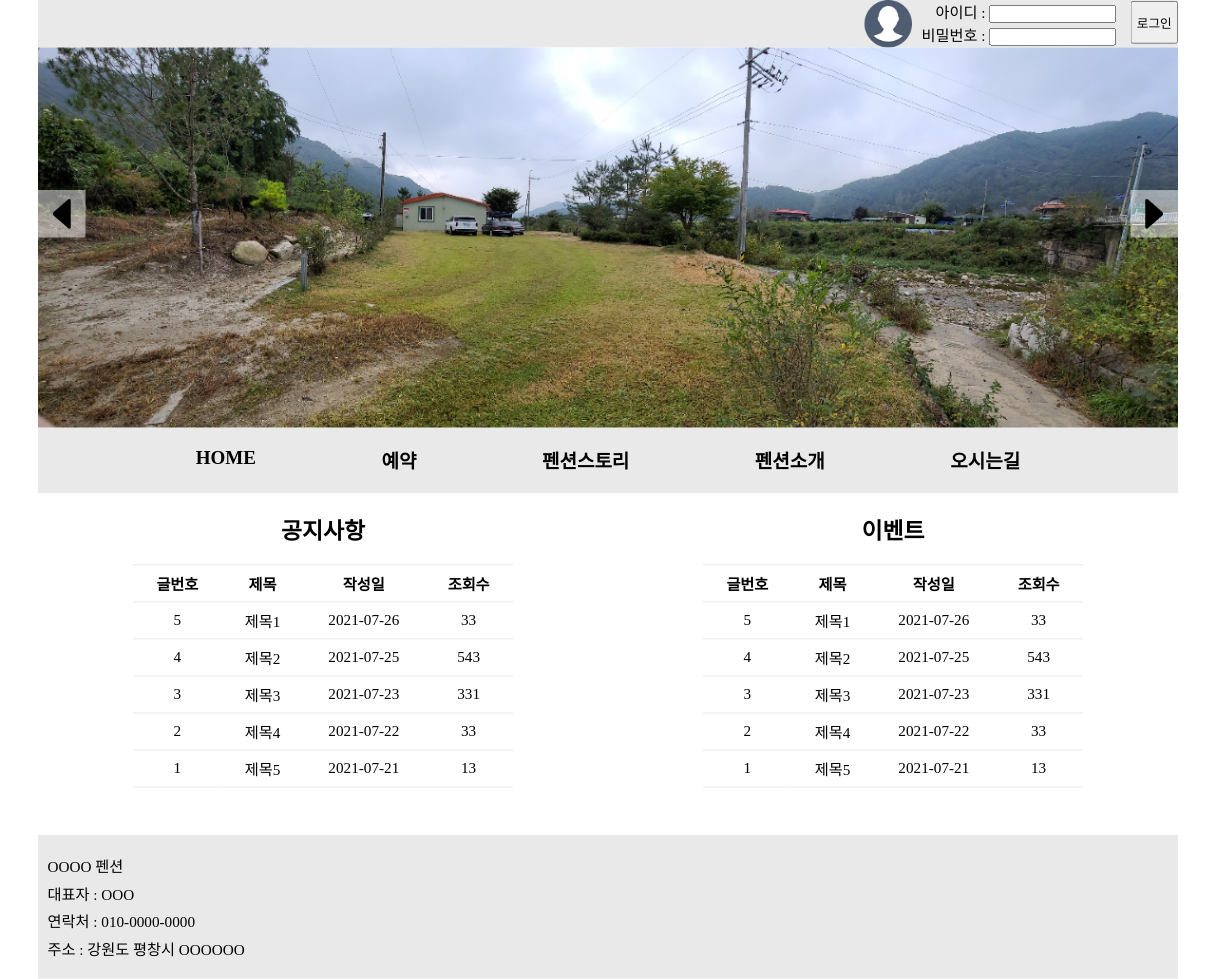
Repository: cdnwell/Jsp
Page: http://localhost/total/
These files come from the project's save history. The page is drawn as it stood at one moment and after the next save; the edit follows.
The browser window is 1280 px wide. The pictures show the whole page, at 95% of full size.
The page is served by Tomcat 9.

Above is the page before, as saved 2022-06-30 06:08:01.

### total/src/main/webapp/index.jsp
<%@ page language="java" contentType="text/html; charset=UTF-8"
    pageEncoding="UTF-8"%>
<!DOCTYPE html>
<html>
<head>
    <meta charset='utf-8'>
    <meta http-equiv='X-UA-Compatible' content='IE=edge'>
    <title>펜션</title>
    <meta name='viewport' content='width=device-width, initial-scale=1'>

</head>
<body>
<div class="flex_container">
<jsp:include page="template/pheader.jsp"></jsp:include>
<section>
    <article>
        <h2>공지사항</h2>
        <table>
            <tr>
                <th>글번호</th>
                <th>제목</th>
                <th>작성일</th>
                <th>조회수</th>
            </tr>
            <tr>
                <td>5</td>
                <td>제목1</td>
                <td>2021-07-26</td>
                <td>33</td>
            </tr>
            <tr>
                <td>4</td>
                <td>제목2</td>
                <td>2021-07-25</td>
                <td>543</td>
            </tr>
            <tr>
                <td>3</td>
                <td>제목3</td>
                <td>2021-07-23</td>
                <td>331</td>
            </tr>
            <tr>
                <td>2</td>
                <td>제목4</td>
                <td>2021-07-22</td>
                <td>33</td>
            </tr>
            <tr>
                <td>1</td>
                <td>제목5</td>
                <td>2021-07-21</td>
                <td>13</td>
            </tr>
        </table>
    </article>
    <article>
        <h2>이벤트</h2>
        <table>
            <tr>
                <th>글번호</th>
                <th>제목</th>
                <th>작성일</th>
                <th>조회수</th>
            </tr>
            <tr>
                <td>5</td>
                <td>제목1</td>
                <td>2021-07-26</td>
                <td>33</td>
            </tr>
            <tr>
                <td>4</td>
                <td>제목2</td>
                <td>2021-07-25</td>
                <td>543</td>
            </tr>
            <tr>
                <td>3</td>
                <td>제목3</td>
                <td>2021-07-23</td>
                <td>331</td>
            </tr>
            <tr>
                <td>2</td>
                <td>제목4</td>
                <td>2021-07-22</td>
                <td>33</td>
            </tr>
            <tr>
                <td>1</td>
                <td>제목5</td>
                <td>2021-07-21</td>
                <td>13</td>
            </tr>
        </table>
    </article>
</section>
<jsp:include page="template/pfooter.jsp"></jsp:include>
</div>
</body>
</html>

### total/src/main/webapp/template/pheader.jsp
<%@ page language="java" contentType="text/html; charset=UTF-8"
    pageEncoding="UTF-8"%>
<style>
        *{
            margin: 0;
            padding: 0;
        }
        .flex_container{
            display: flex;
            flex-direction: column;
            width: 1200px;
            margin: 0 auto;
            font-size: 0px;
        }
        #member_bar{
            height: 50px;
            background-color: #e9e9e9;
            text-align: right;

        }
        #member_bar img{
            width: 50px;
            float: left;
        }
        #member_bar > div > p{
            width: 200px;
            float: left;
            font-size: 16px;
            text-align: left;
            padding-left: 5px;
            margin-top: 2px;
        }
        #member_bar > div{
            width: 330px;
            display: inline-block;
        }
        nav{
            padding:20px 100px;
            background-color: #e9e9e9;
        }
        nav ul{
            list-style-type: none;
            display: flex;
            flex-direction: row;
            justify-content: space-around;
        }

        nav a:link,nav a:visited{
            font-size: 20px;
            font-weight: bold;
            text-decoration: none;
            color:black;
        }
        .ad_img {
            position: relative;
        }
        .ad_img button{
            background: none;
            border: none;
            position: absolute;
            background-color: rgba(255, 255, 255, 0.5);
            width: 50px;
            height: 50px;
        }
        .ad_img button img{
            width: 50px;
        }
        .left_arrow{
            top : calc(50% - 50px);
        }
        .right_arrow{
            top : calc(50% - 50px);
            right: 0px;
            transform: rotate(180deg);
        }
        section{
            margin-top: 20px;
            display: flex;
            flex-direction: row;
            justify-content: space-around;
        }
        section h2{
            font-size : 24px;
            margin-bottom: 20px;
            text-align: center;
        }
        section table{
            width: 100%;
            border-collapse: collapse;
            font-size: 16px;
            text-align: center;
        }
        section table td,section table th{
            padding:7px 20px;
            border-top: 1px solid #e9e9e9;
            border-bottom: 1px solid #e9e9e9;
        }

        article{
            width: 400px;
        }
        footer{
            margin-top: 50px;
            padding:15px 10px;
            font-size: 16px;
            background-color: #e9e9e9;
        }
        footer ul{
            list-style-type: none;
        }
        footer ul li{
            margin: 5px 0px;
        }

        #login_box{
        	font-size : 16px;
        	float:left;
        	margin-left : 10px
        }
        #member_bar input{
        	width:130px;
        }
        #member_bar button{
        	width:50px;
        	height:45px;
        	margin-top:1px;
        }
    </style>


        <header>
   <div id="member_bar">
      <div>
         <img src="resource/images/profile.png" alt="">
         <div id="login_box">
         아이디 : <input type="text"> <br>
         비밀번호 : <input type="password"> <br>
         </div>
         <button>로그인</button>
      </div>
   </div>
   <div class="ad_img">
      <button class="left_arrow">
         <img src="resource/images/left_arrow.png" alt="">
      </button>
      <button class="right_arrow">
         <img src="resource/images/left_arrow.png" alt="">
      </button>
      <img src="resource/images/main_4.jpg" alt="">
   </div>
</header>
<nav>
   <ul>
      <li><a href="main.jsp">HOME</a></li>
      <li><a href="sub_page2.jsp">예약</a></li>
      <li><a href="#">펜션스토리</a></li>
      <li><a href="#">펜션소개</a></li>
      <li><a href="sub_page1.jsp">오시는길</a></li>
   </ul>
</nav>

### total/src/main/webapp/template/pfooter.jsp
<%@ page language="java" contentType="text/html; charset=UTF-8"
    pageEncoding="UTF-8"%>
<footer>
      <ul>
         <li>OOOO 펜션</li>
         <li>대표자 : OOO</li>
         <li>연락처 : 010-0000-0000</li>
         <li>주소 : 강원도 평창시 OOOOOO</li>
      </ul>
   </footer>

After the next save:
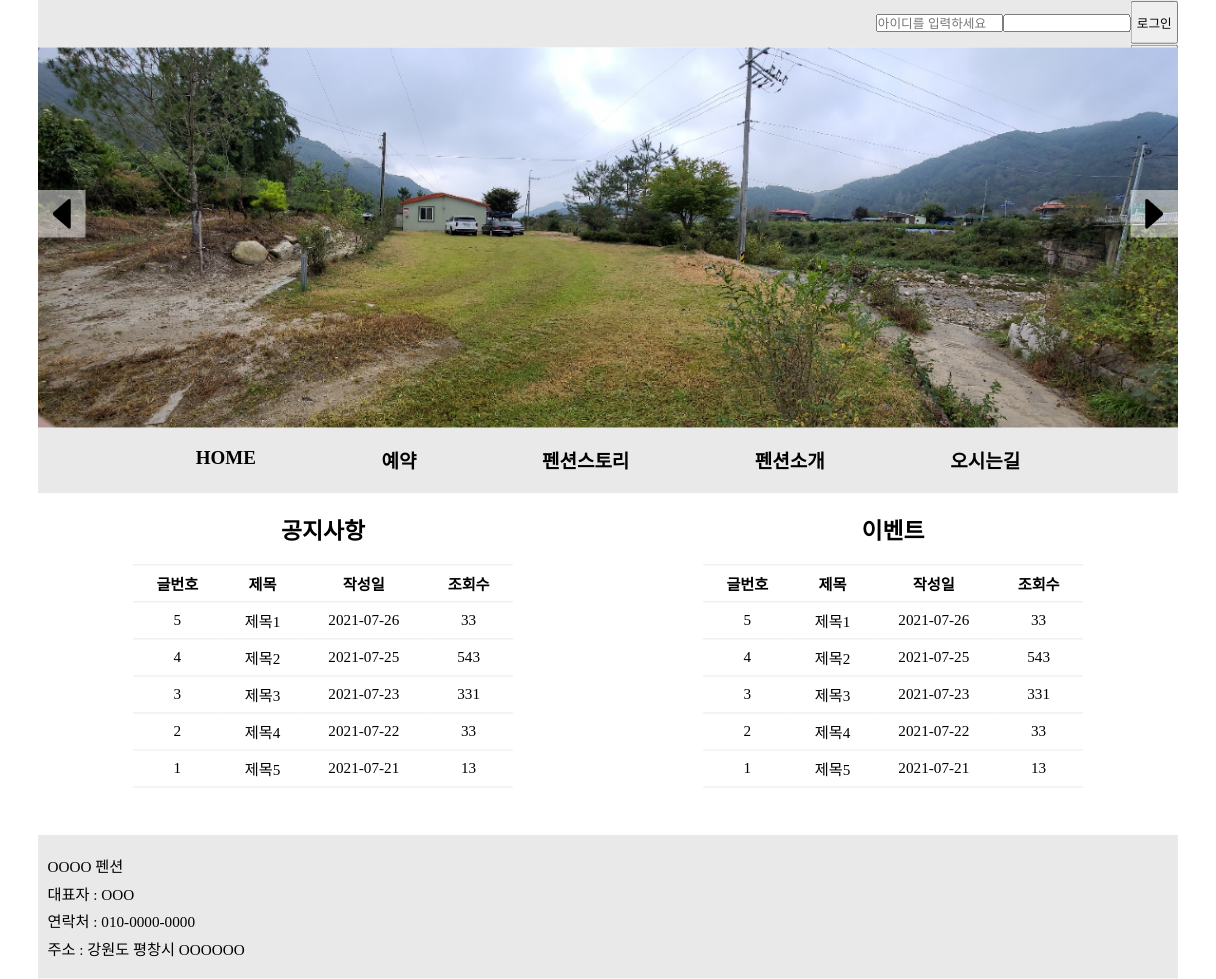
Saved 4 min 33 s later.
--- a/total/src/main/webapp/template/pheader.jsp
+++ b/total/src/main/webapp/template/pheader.jsp
@@ -131,12 +131,26 @@
         <header>
    <div id="member_bar">
       <div>
+
          <img src="resource/images/profile.png" alt="">
          <div id="login_box">
          아이디 : <input type="text"> <br>
          비밀번호 : <input type="password"> <br>
          </div>
          <button>로그인</button>
+      </div>
+      <!-- <div>
+         <img src="resource/images/profile.png" alt="">
+         <p>OOO로그인 하셨습니다.</p>
+         <p>로그아웃 | 정보수정</p>
+      </div> -->
+      <div>
+      		<form action="login_process.jsp" method="post">
+      			<input type="text" name="id" placeholder="아이디를 입력하세요">
+      			<input type="password" name="pass" placehodler="암호를 입력하세요">
+      			<!-- 나중에 회원가입을 누르면 자바스크립트로 회원가입 페이지로 이동시키기 -->
+      			<button>로그인</button><button id="btn_register" type="button">회원가입</button>
+      		</form>
       </div>
    </div>
    <div class="ad_img">
